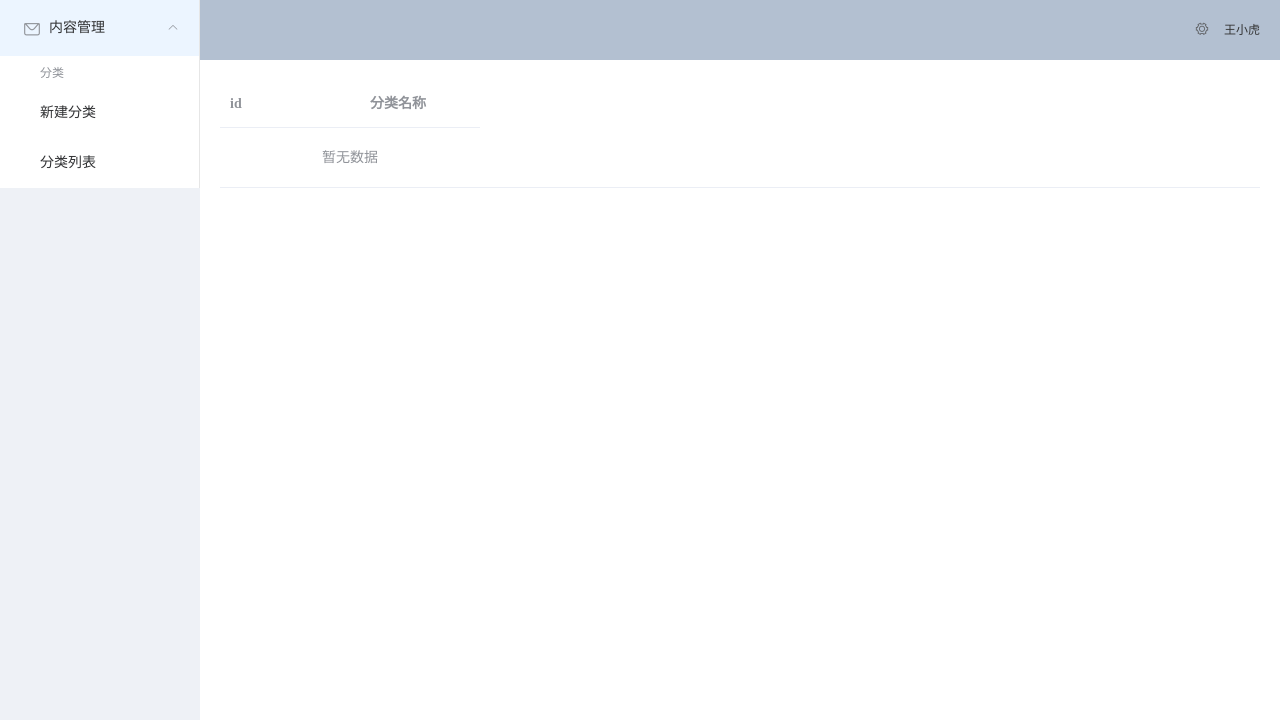
Repository: fish-zmy/wangzherongyao
Page: /#/categories/list (app in admin/)
An editor plug-in stored every save of this project. The page is shown before and after the next save, followed by the edit.
The browser window is 1280 px wide. The pictures show the whole page.
The page's requests for data from a server got no answer. The project was rebuilt for these pictures with package versions that can differ from the ones it lists, and the page was loaded fresh each time. No one was signed in, and anything a server would have sent is missing. Also part of the build but not shown: admin/vue.config.js, admin/src/views/CategoryEdit.vue. Imported but missing from the stored project, and not drawn on this page: admin/src/views/Home.vue.

Above is the page before, as saved 2020-06-16 17:14:26.

After the next save:
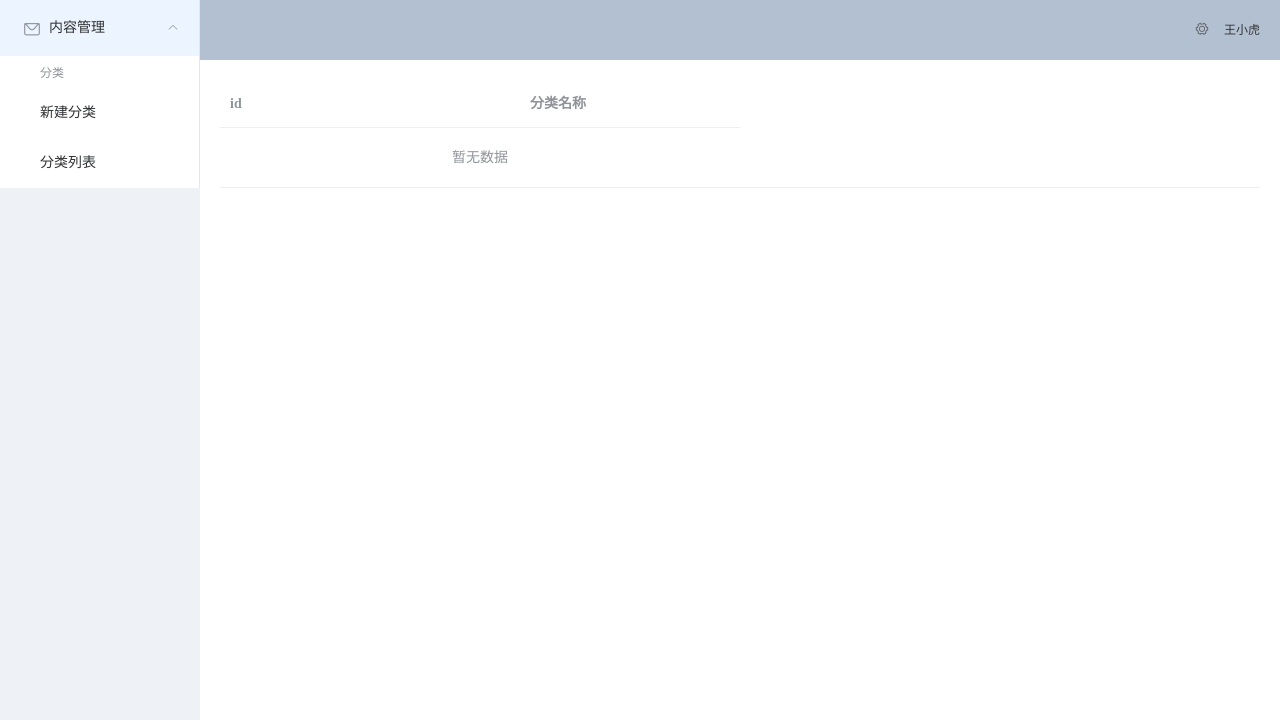
Saved 49 s later.
--- a/admin/src/views/CategoryList.vue
+++ b/admin/src/views/CategoryList.vue
@@ -1,9 +1,9 @@
 <template>
   <div class="about">
      <el-table :data="items">
-        <el-table-column prop="_id" label="id" width="140">
+        <el-table-column prop="_id" label="id" width="300">
         </el-table-column>
-        <el-table-column prop="name" label="分类名称" width="120">
+        <el-table-column prop="name" label="分类名称" width="220">
         </el-table-column>
       </el-table>
   </div>
